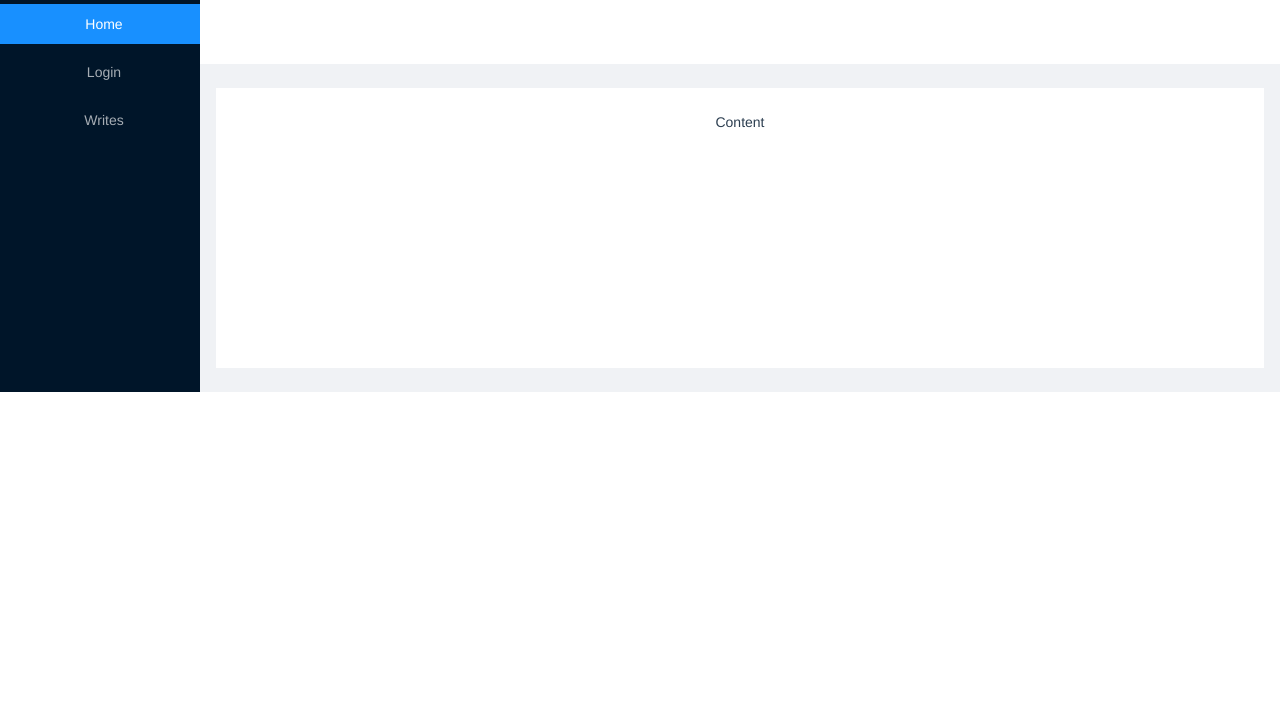
Repository: writesapp/mod
Page: /
These files come from the project's save history. The page is drawn as it stood at one moment and after the next save; the edit follows.
The browser window is 1280 px wide. The pictures show the whole page.
The project was rebuilt for these pictures with package versions that can differ from the ones it lists, and the page was loaded fresh each time. Also part of the build but not shown: src/components/SigninButton.vue, src/views/Login.vue, src/views/Writes.vue.

Above is the page before, as saved 2020-07-09 13:44:14.

### src/main.js
import Antd from 'ant-design-vue';
import Vue from 'vue';
import App from './App.vue';
import './registerServiceWorker';
import router from './router';
import store from './store';
import 'ant-design-vue/dist/antd.css';

Vue.config.productionTip = false;
Vue.use(Antd);

new Vue({
  router,
  store,
  render: (h) => h(App),
}).$mount('#app');

### src/App.vue
<template>
  <div id="app">
    <router-view/>
  </div>
</template>

<script>
import { auth } from '@/initFirebase';
import store from '@/store';

export default {
  name: "App",
  mounted() {
    auth.onAuthStateChanged((user) => store.dispatch("fetchUser", user));
  },
};
</script>

<style lang="scss">
#app {
  font-family: Avenir, Helvetica, Arial, sans-serif;
  -webkit-font-smoothing: antialiased;
  -moz-osx-font-smoothing: grayscale;
  text-align: center;
  color: #2c3e50;
}
</style>

### src/router/index.js
import Vue from 'vue';
import VueRouter from 'vue-router';
import Home from '../views/Home.vue';
import Login from '../views/Login.vue';
import Writes from '../views/Writes.vue';

Vue.use(VueRouter);

const routes = [
  {
    path: '/',
    name: 'Home',
    component: Home,
  },
  {
    path: '/login',
    name: 'Login',
    // route level code-splitting
    // this generates a separate chunk (about.[hash].js) for this route
    // which is lazy-loaded when the route is visited.
    component: Login,
  },
  {
    path: '/writes',
    name: 'Writes',
    component: Writes,
  },
];

const router = new VueRouter({
  mode: 'history',
  base: process.env.BASE_URL,
  routes,
});

export default router;

### src/store/index.js
import Vue from 'vue';
import Vuex from 'vuex';

Vue.use(Vuex);

export default new Vuex.Store({
  state: {
    user: {
      loggedIn: false,
      data: null,
    },
  },
  mutations: {
    setLoggedState(state, value) {
      state.user.loggedIn = value;
    },
    setUser(state, data) {
      state.user.data = data;
    },
  },
  actions: {
    fetchUser({ commit }, user) {
      commit("setLoggedState", user !== null);
      if (user) {
        commit("setUser", {
          displayName: user.displayName,
          email: user.email,
        });
      } else {
        commit("setUser", null);
      }
    },
  },
});

### src/initFirebase.js
import firebase from 'firebase';

const configOptions = {
  apiKey: "AIzaSyBe23vGrWbbtK6cWQflEewoDvTBtKWQEBM",
  authDomain: "test-project-116cf.firebaseapp.com",
  databaseURL: "https://test-project-116cf.firebaseio.com",
  projectId: "test-project-116cf",
  storageBucket: "test-project-116cf.appspot.com",
  messagingSenderId: "507446435196",
  appId: "1:507446435196:web:8a13dc8c60ddcf65e058f9",
  measurementId: "G-H01LY21GK7",
};

firebase.initializeApp(configOptions);

export const auth = firebase.auth();
export const googleProvider = new firebase.auth.GoogleAuthProvider();

### src/views/Home.vue
<template>
  <div class="home">
    <a-layout id="components-layout-demo-custom-trigger">
    <a-layout-sider v-model="collapsed" :trigger="null" collapsible>
      <div class="logo" />
      <a-menu theme="dark" mode="inline" :default-selected-keys="['1']">
        <a-menu-item key="1">
          <router-link to="/">Home</router-link>
        </a-menu-item>
        <a-menu-item key="2">
          <router-link to="/login">Login</router-link>
        </a-menu-item>
        <a-menu-item key="3">
          <router-link to="/writes">Writes</router-link>
        </a-menu-item>
      </a-menu>
    </a-layout-sider>
    <a-layout>
      <a-layout-header style="background: #fff; padding: 0">
        <a-icon
          class="trigger"
          :type="collapsed ? 'menu-unfold' : 'menu-fold'"
          @click="() => (collapsed = !collapsed)"
        />
      </a-layout-header>
      <a-layout-content
        :style="{ margin: '24px 16px', padding: '24px', background: '#fff', minHeight: '280px' }"
      >
        Content
      </a-layout-content>
    </a-layout>
  </a-layout>
  </div>
</template>

<script>
export default {
  name: 'Home',
};
</script>

Loaded but not shown: public/index.html (common file); src/registerServiceWorker.js (common file)

After the next save:
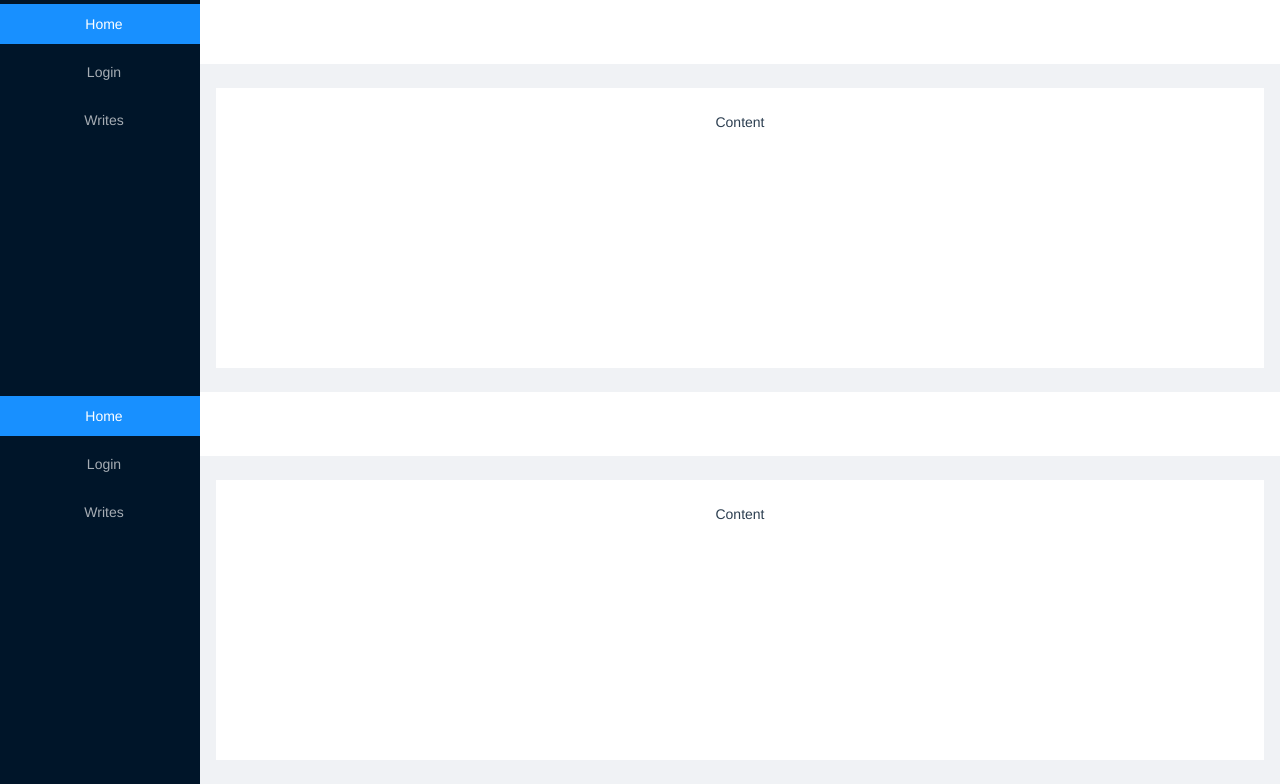
Saved 2 min 12 s later.
--- a/src/App.vue
+++ b/src/App.vue
@@ -1,5 +1,37 @@
 <template>
   <div id="app">
+    <div class="home">
+      <a-layout id="components-layout-demo-custom-trigger">
+      <a-layout-sider v-model="collapsed" :trigger="null" collapsible>
+        <div class="logo" />
+        <a-menu theme="dark" mode="inline" :default-selected-keys="['1']">
+          <a-menu-item key="1">
+            <router-link to="/">Home</router-link>
+          </a-menu-item>
+          <a-menu-item key="2">
+            <router-link to="/login">Login</router-link>
+          </a-menu-item>
+          <a-menu-item key="3">
+            <router-link to="/writes">Writes</router-link>
+          </a-menu-item>
+        </a-menu>
+      </a-layout-sider>
+      <a-layout>
+        <a-layout-header style="background: #fff; padding: 0">
+          <a-icon
+            class="trigger"
+            :type="collapsed ? 'menu-unfold' : 'menu-fold'"
+            @click="() => (collapsed = !collapsed)"
+          />
+        </a-layout-header>
+        <a-layout-content
+          :style="{ margin: '24px 16px', padding: '24px', background: '#fff', minHeight: '280px' }"
+        >
+          Content
+        </a-layout-content>
+      </a-layout>
+    </a-layout>
+  </div>
     <router-view/>
   </div>
 </template>

After the save that followed:
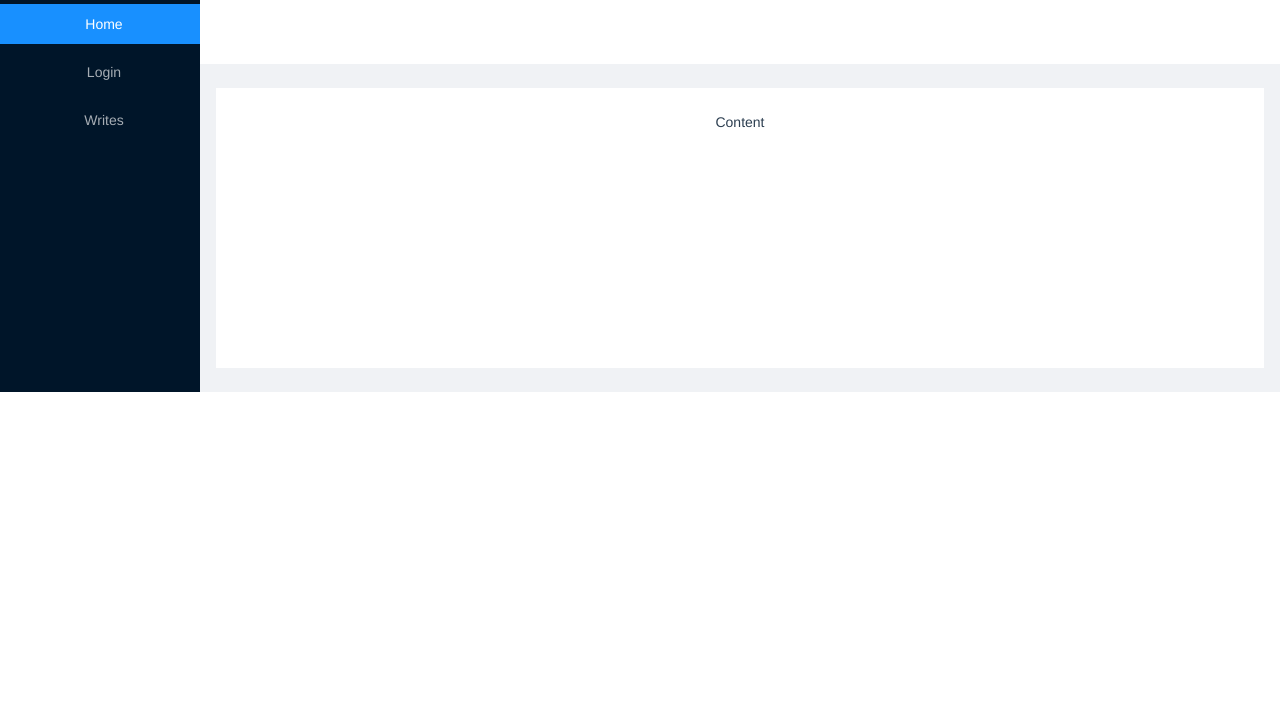
Saved 1 s later.
--- a/src/views/Home.vue
+++ b/src/views/Home.vue
@@ -1,36 +1,5 @@
 <template>
-  <div class="home">
-    <a-layout id="components-layout-demo-custom-trigger">
-    <a-layout-sider v-model="collapsed" :trigger="null" collapsible>
-      <div class="logo" />
-      <a-menu theme="dark" mode="inline" :default-selected-keys="['1']">
-        <a-menu-item key="1">
-          <router-link to="/">Home</router-link>
-        </a-menu-item>
-        <a-menu-item key="2">
-          <router-link to="/login">Login</router-link>
-        </a-menu-item>
-        <a-menu-item key="3">
-          <router-link to="/writes">Writes</router-link>
-        </a-menu-item>
-      </a-menu>
-    </a-layout-sider>
-    <a-layout>
-      <a-layout-header style="background: #fff; padding: 0">
-        <a-icon
-          class="trigger"
-          :type="collapsed ? 'menu-unfold' : 'menu-fold'"
-          @click="() => (collapsed = !collapsed)"
-        />
-      </a-layout-header>
-      <a-layout-content
-        :style="{ margin: '24px 16px', padding: '24px', background: '#fff', minHeight: '280px' }"
-      >
-        Content
-      </a-layout-content>
-    </a-layout>
-  </a-layout>
-  </div>
+  <div class="wrapper"></div>
 </template>
 
 <script>
